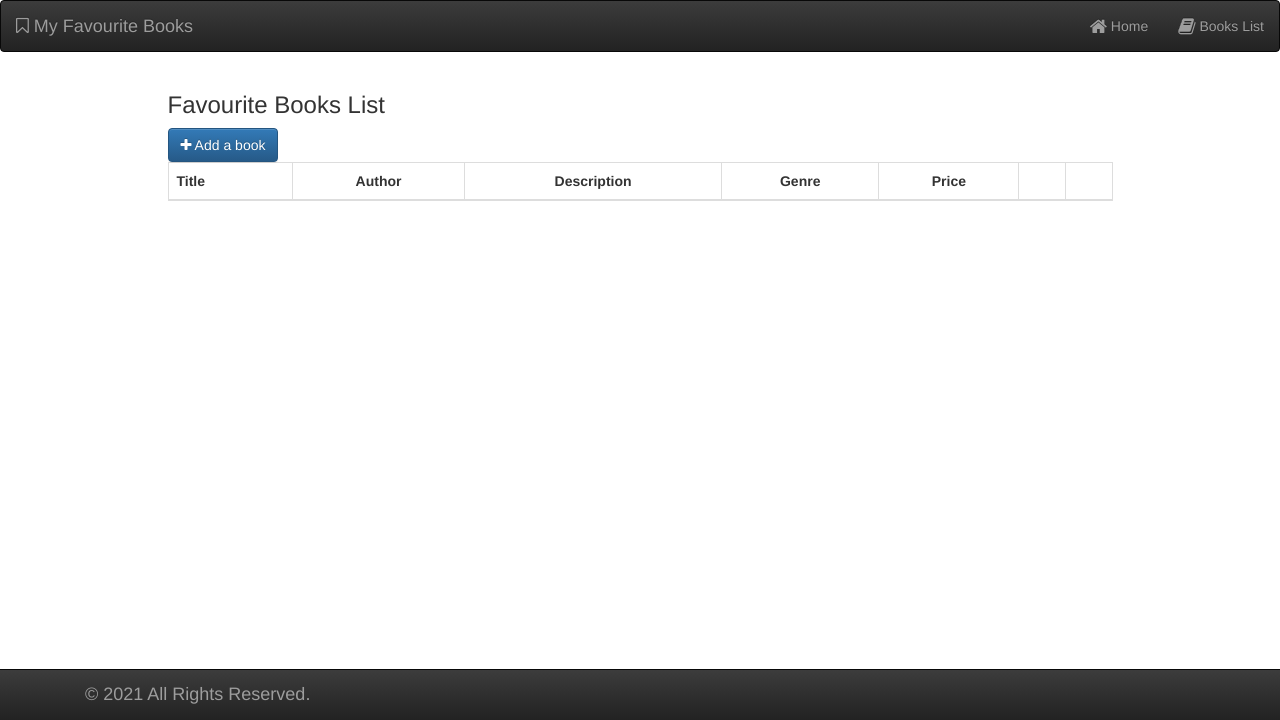
Repository: MateoD-0700/MyFirstRepo
Page: http://localhost/books
These files come from the project's save history. The page is drawn as it stood at one moment and after the next save; the edit follows.
The browser window is 1280 px wide. The pictures show the whole page.
The page is served by the project's Node server (server.js). Queries for data that is not in the repository find no rows.

Above is the page before, as saved 2021-06-24 00:28:51.

After the next save:
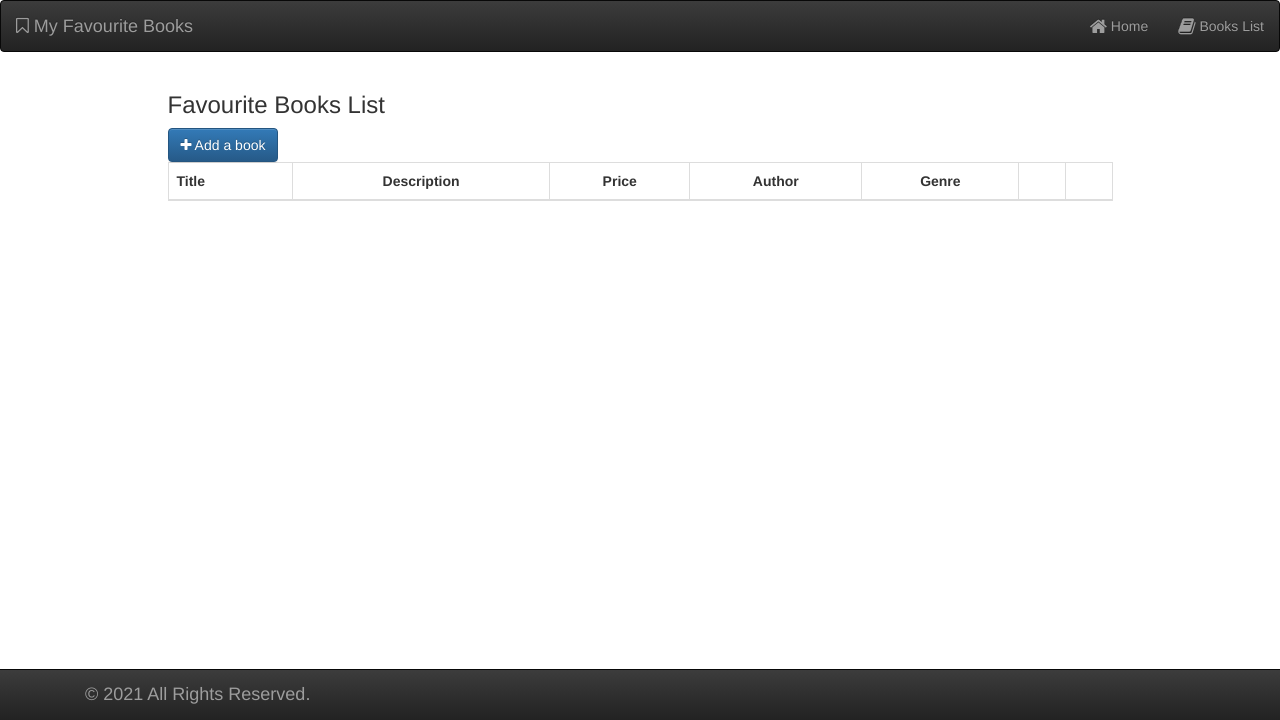
Saved 2 min 32 s later.
--- a/Desktop/Semester 3/Web Application Development/COMP229-F2020-Midterm--301156025--main/server/views/books/index.ejs
+++ b/Desktop/Semester 3/Web Application Development/COMP229-F2020-Midterm--301156025--main/server/views/books/index.ejs
@@ -16,10 +16,10 @@
               <thead>
                 <tr>
                   <th>Title</th>
+                  <th class="text-center">Description</th>
+                  <th class="text-center">Price</th>
                   <th class="text-center">Author</th>
-                  <th class="text-center">Description</th>
                   <th class="text-center">Genre</th>
-                  <th class="text-center">Price</th>
                   <th class="text-center"></th>
                   <th class="text-center"></th>
                 </tr>
@@ -33,9 +33,6 @@
                   <td class="text-center">$<%= books[count].Price %></td>
                   <td class="text-center"><%= books[count].Author %></td>
                   <td class="text-center"><%= books[count].Genre %></td>
-
-                  <td class="text-center">
-
 
                     <!-- ------------------------ -->
                     <a href="books/<%= books[count]._id %>" class="btn btn-primary btn-sm">
